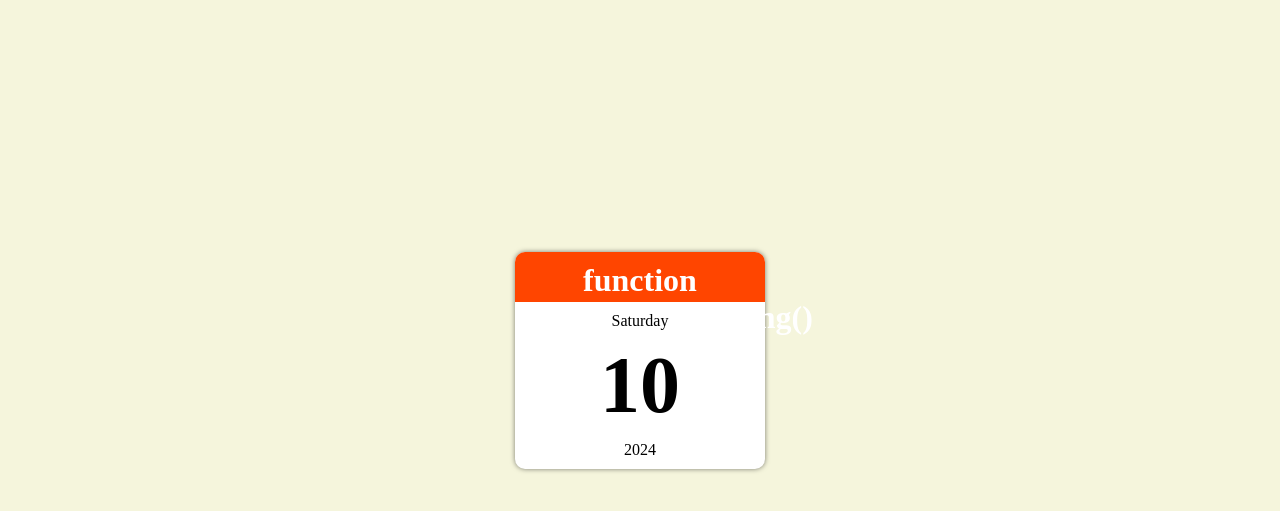
Repository: JunaidAnsari202/Mini-Calender
Page: index.html
The author's editor kept a copy of each file at every save. The page is drawn from the files as they stood at one save, then again after a run of saves.
The browser window is 1280 px wide. The pictures show the whole page.

Above is the page before, as saved 2024-11-10 12:01:51.

### index.html
<!DOCTYPE html>
<html lang="en">
<head>
    <meta charset="UTF-8">
    <meta name="viewport" content="width=device-width, initial-scale=1.0">
    <title>Mini Calender</title>
    <link rel="stylesheet" href="style.css">
</head>
<body>
   <div class="container">
    <div class="month">December</div>
    <div class="weekday">Saturday</div>
    <div class="day">30</div>
    <div class="year">2024</div>

</div>

    <script src="script.js"></script>
</body>
</html>

### style.css
*{
    margin: 0;
    padding: 0;
    box-sizing: border-box;
}

body{
    background-color: beige;
    display: flex;
    justify-content: center;
    align-items: center;
    height: 100vh;
}

.container{
    width: 250px;
    background-color: white;
    border-radius: 10px;
    box-shadow: 0 0 5px 0 rgba(0,0,0,0.5);
    text-align: center;
    border: none;
}

.month{
    background-color: orangered;
    height: 50px;
    font-size: 2rem;
    font-weight: bold;
    color: white;
    padding: 10px;
    margin-bottom: 10px;
    border-radius: 10px 10px 0 0;

}

.weekday{
    margin-bottom: 10px;
}

.day{
    font-size: 5rem;
    font-weight: bold;
    margin-bottom: 10px;

}
.year{
    margin-bottom: 10px;
}

### script.js
const month=document.querySelector('.month');
const weekday=document.querySelector('.weekday');
const day=document.querySelector('.day');
const year=document.querySelector('.year');

window.addEventListener("DOMContentLoaded",()=>{
    const date= new Date();
    day.textContent=date.getDate();
    year.textContent=date.getFullYear();
    month.textContent=date.toLocaleDateString
})

After the next 10 saves:
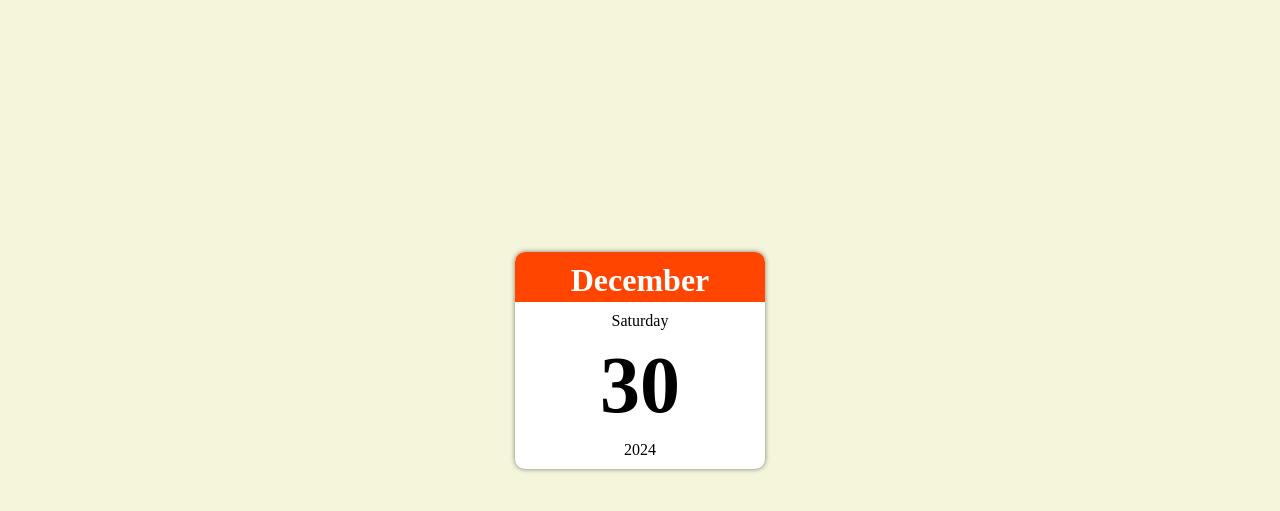
Console error: SyntaxError: Unexpected string
The 10 saves are shown as one change because they came seconds apart.
The last was saved 21 s later.
--- a/script.js
+++ b/script.js
@@ -7,5 +7,5 @@ window.addEventListener("DOMContentLoaded",()=>{
     const date= new Date();
     day.textContent=date.getDate();
     year.textContent=date.getFullYear();
-    month.textContent=date.toLocaleDateString
+    month.textContent=date.toLocaleDateString"en-US",(month:)
 })
